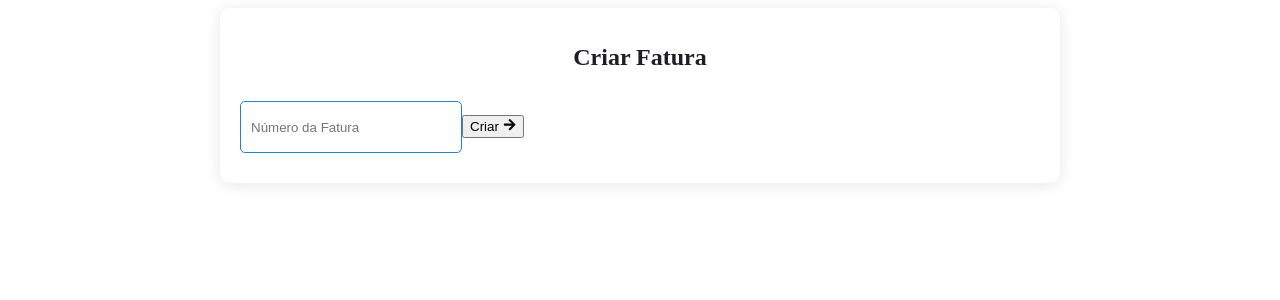
Repository: devthmedu/Invoice-Generator
Page: /
An editor plug-in stored every save of this project. The page is shown before and after the next save, followed by the edit.
The browser window is 1280 px wide. The pictures show the whole page.
The project was rebuilt for these pictures with package versions that can differ from the ones it lists, and the page was loaded fresh each time. Also part of the build but not shown: vite.config.js, src/Componete/Template.jsx.

Above is the page before, as saved 2024-07-16 18:48:50.

### index.html
<!DOCTYPE html>
<html lang="pt-BR">

<head>
  <meta charset="UTF-8" />
  <meta name="viewport" content="width=device-width, initial-scale=1.0" />
  <meta name="description" content="Gere sua fatura de forma simples e rápida com nosso gerador de faturas em React." />
  <meta name="keywords" content="fatura, gerador de faturas, React, financeiro" />
  <meta name="author" content="Thomas Eduardo" />
  <link rel="stylesheet" href="./src/App.css">
  <link rel="icon" href="./public/logo.png" />
  <title>Gere sua Fatura</title>
</head>


<body>
  <div id="root"></div>
  <script type="module" src="./src/main.jsx"></script>
</body>

</html>

### src/App.css
.body-main {
    background: #ffffff;
    border: 15px solid #1E1F23;
    margin: 30px 0;
    padding: 40px 30px;
    position: relative;
    box-shadow: 0 2px 15px rgba(0, 0, 0, 0.1);
    font-size: 14px;
    border-radius: 10px;
}

.main thead {
    background: #1E1F23;
    color: #ffffff;
}

.img {
    height: 100px;
    object-fit: cover;
    border-radius: 5px; /* Bordas arredondadas na imagem */
}

h1 {
    text-align: center;
    color: #1E1F23;
    font-size: 24px;
    margin-bottom: 20px;
}

.brcode {
    margin-top: 90px;
}

.bbc {
    margin-left: auto;
    text-align: right;
}

.containers {
    display: flex;
    align-items: center;
    justify-content: center;
    min-height: 100vh;
    width: 100%;
    padding: 20px;
}

input {
    margin: 10px 0;
    border: 1px solid #2283c8;
    height: 50px;
    width: 200px;
    padding: 0 10px;
    border-radius: 5px;
    transition: border-color 0.3s, box-shadow 0.3s; /* Adicionada transição para box-shadow */
}

input:focus {
    border-color: #1E1F23;
    outline: none;
    box-shadow: 0 0 5px rgba(50, 90, 168, 0.5); /* Sombra ao focar no input */
}

.buttons {
    display: flex; /* Flex para alinhar os botões */
    margin-top: 20px;
}

.buttons button {
    width: 120px;
    height: 45px;
    background: #325aa8;
    color: #ffffff;
    border: none;
    border-radius: 5px;
    margin-left: 10px;
    cursor: pointer;
    transition: background 0.3s, transform 0.3s;
}

.buttons button:hover {
    background: #1E1F23;
    transform: scale(1.05);
}

.table {
    width: 100%;
    border-collapse: collapse; /* Para remover espaçamentos entre as células */
    margin-top: 20px;
}

.table th, .table td {
    padding: 12px;
    text-align: left;
    border-bottom: 1px solid #ddd; /* Linha sutil abaixo das células */
}

.table tbody tr:hover {
    background-color: #f1f1f1; /* Destaque ao passar o mouse */
}

### src/App.jsx
import React, { useState, useEffect } from 'react';
import './App.css';
import TemplatePdf from './Componete/Template';
import { FaArrowRight } from 'react-icons/fa';

function App() {
  const [numeroDaFatura, setNumeroDaFatura] = useState('');
  const [data, setData] = useState('');
  const [visualizar, setVisualizar] = useState(true);

  useEffect(() => {
    const atual = new Date();
    const dataFormatada = `${atual.getDate()}/${atual.getMonth() +
      1}/${atual.getFullYear()}`;
    setData(dataFormatada);
  }, []);

  const criar = () => {
    if (numeroDaFatura.trim()) {
      setVisualizar(false);
    } else {
      alert('Por favor, insira um número de fatura válido.');
    }
  };

  return (
    <>
      {visualizar ? (
        <div className="container">
          <h1>Criar Fatura</h1>
          <div className="form">
            <input
              type="text"
              placeholder="Número da Fatura"
              value={numeroDaFatura}
              onChange={(e) => setNumeroDaFatura(e.target.value)}
              className="input-field"
            />
            <button onClick={criar} className="create-button">
              Criar <FaArrowRight />
            </button>
          </div>
        </div>
      ) : (
        <TemplatePdf NumeroDaFatura={numeroDaFatura} data={data} />
      )}
    </>
  );
}

export default App;

### src/Componete/Template.css
.container {
    max-width: 800px;
    margin: 0 auto;
    padding: 20px;
    background: #ffffff;
    border-radius: 10px;
    box-shadow: 0 2px 15px rgba(0, 0, 0, 0.1);
}

h1 {
    text-align: center;
    color: #1E1F23;
    margin-bottom: 20px;
}

.table {
    width: 100%;
    border-collapse: collapse;
    margin-top: 20px;
}

.table thead {
    background: #1E1F23;
    color: #ffffff;
}

.table th, .table td {
    padding: 12px;
    text-align: left;
    border-bottom: 1px solid #ddd;
}

.table tbody tr:hover {
    background: #f5f5f5;
}

.text-right {
    text-align: right;
}

.buttons {
    margin-top: 20px;
}

.buttons button,
.print-button,
.add-product-button {
    padding: 10px 15px;
    background: #325aa8;
    color: white;
    border: none;
    border-radius: 5px;
    cursor: pointer;
    transition: background 0.3s ease, transform 0.2s;
}

.buttons button:hover,
.print-button:hover,
.add-product-button:hover {
    background: #1E1F23;
    transform: scale(1.05);
}

.dialog-title {
    display: flex;
    justify-content: space-between;
    align-items: center;
}

.icon-cross {
    cursor: pointer;
    color: #FF3D00;
}

.forms {
    display: flex;
    flex-direction: column;
    gap: 10px; /* Espaçamento entre inputs */
}

.forms input {
    padding: 10px;
    border: 1px solid #ccc;
    border-radius: 5px;
    transition: border-color 0.3s;
}

.forms input:focus {
    border-color: #325aa8;
    outline: none;
}

Loaded but not shown: src/main.jsx (common file)

After the next save:
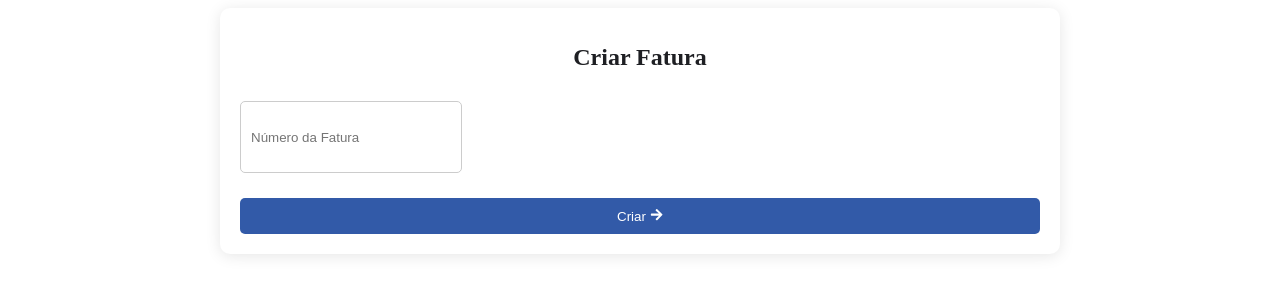
Saved 16 s later.
--- a/src/App.css
+++ b/src/App.css
@@ -98,3 +98,50 @@ input:focus {
 .table tbody tr:hover {
     background-color: #f1f1f1; /* Destaque ao passar o mouse */
 }
+.container {
+    max-width: 600px;
+    margin: 0 auto;
+    padding: 40px;
+    background: #f9f9f9;
+    border-radius: 10px;
+    box-shadow: 0 2px 15px rgba(0, 0, 0, 0.1);
+    text-align: center;
+}
+
+h1 {
+    color: #1E1F23;
+    margin-bottom: 20px;
+}
+
+.form {
+    display: flex;
+    flex-direction: column;
+    gap: 15px; /* Espaçamento entre os elementos */
+}
+
+.input-field {
+    padding: 10px;
+    border: 1px solid #ccc;
+    border-radius: 5px;
+    transition: border-color 0.3s;
+}
+
+.input-field:focus {
+    border-color: #325aa8;
+    outline: none;
+}
+
+.create-button {
+    padding: 10px 15px;
+    background: #325aa8;
+    color: white;
+    border: none;
+    border-radius: 5px;
+    cursor: pointer;
+    transition: background 0.3s ease, transform 0.2s;
+}
+
+.create-button:hover {
+    background: #1E1F23;
+    transform: scale(1.05);
+}
